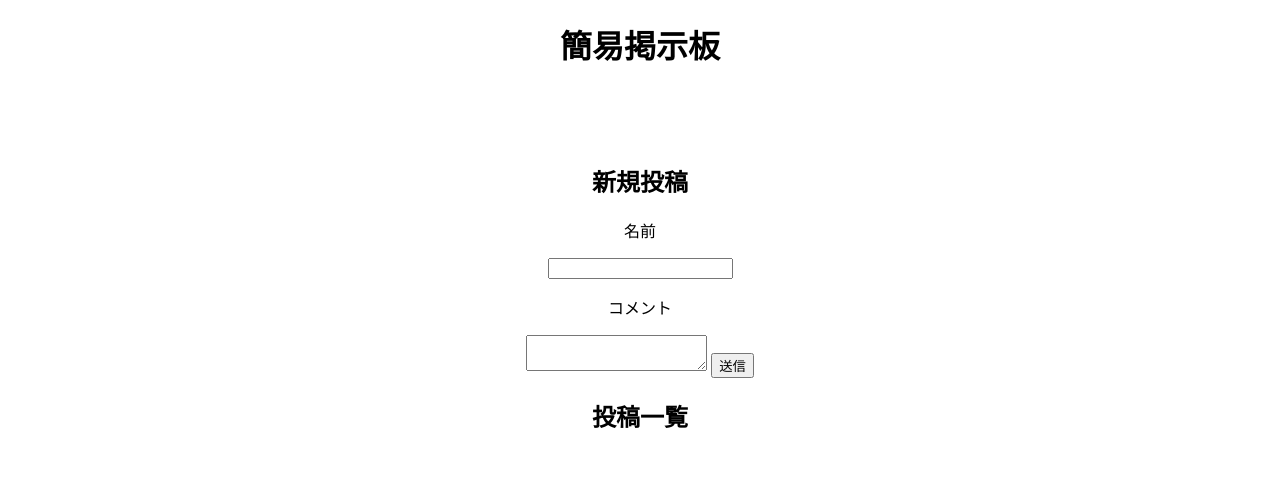
Repository: kakutoshi/test
Page: http://localhost/index.php
The author's editor kept a copy of each file at every save. The page is drawn from the files as they stood at one save, then again after the next save.
The browser window is 1280 px wide. The pictures show the whole page.
The page is run by PHP 8.4 with error messages shown; the project is at /var/www/html/. Queries for data that is not in the repository find no rows.

Above is the page before, as saved 2022-04-14 02:45:02.
Not found: it06/htdocs/BBS/css/reset.css

After the next save:
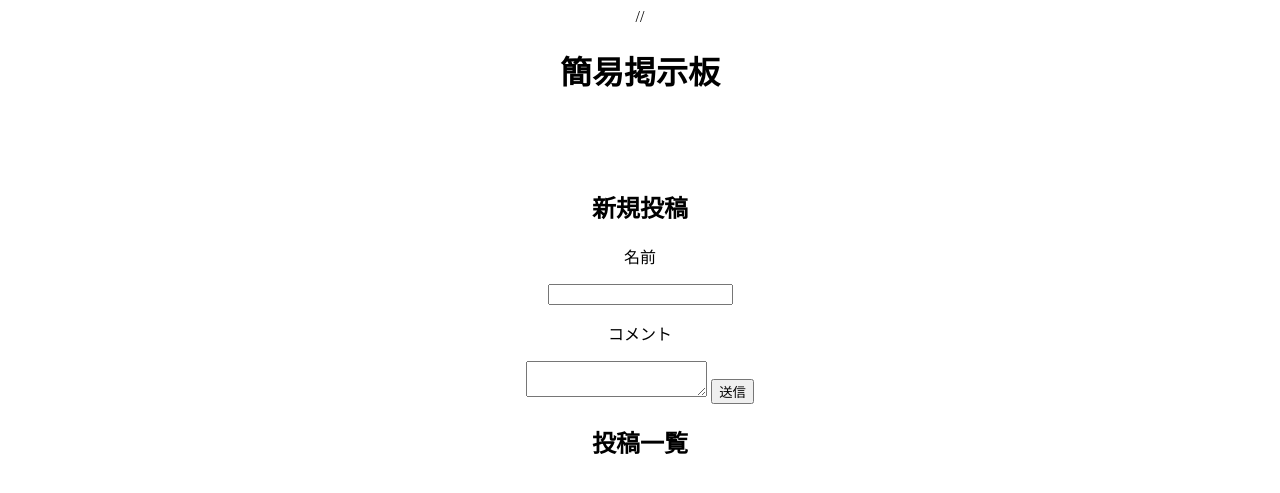
Saved 2 min 50 s later.
--- a/it06/htdocs/BBS/index.php
+++ b/it06/htdocs/BBS/index.php
@@ -5,7 +5,7 @@
 <meta name="viewport" content="width=device-width,initial-scale=1.0">
 
 <title>掲示板</title>
-<link rel="stylesheet" href="css/reset.css">
+//<link rel="stylesheet" href="css/reset.css">
 	<link rel="stylesheet" href="css/common.css">
 
 
